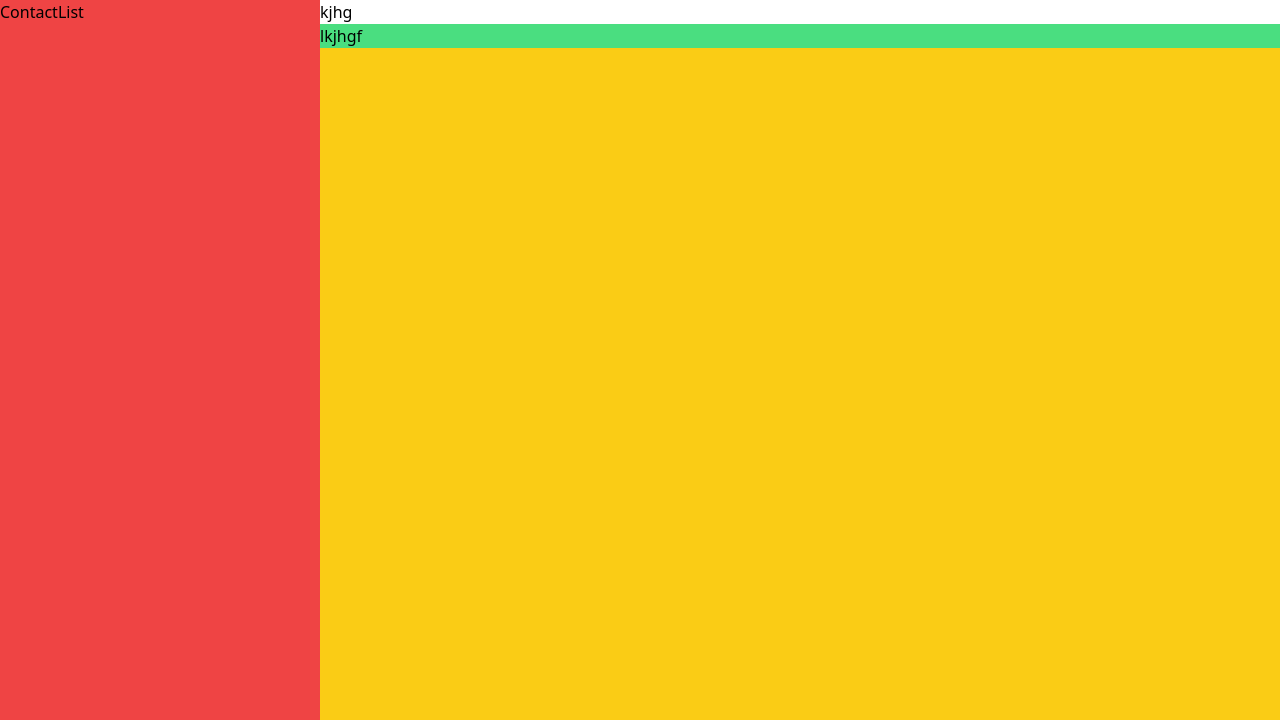
Repository: theanmol-raj/whatsapp
Page: /
These files come from the project's save history. The page is drawn as it stood at one moment and after the next save; the edit follows.
The browser window is 1280 px wide. The pictures show the whole page.
The project was rebuilt for these pictures with package versions that can differ from the ones it lists, and the page was loaded fresh each time.

Above is the page before, as saved 2022-12-02 22:15:19.

### src/index.js
import React from 'react';
import ReactDOM from 'react-dom/client';
import './index.css';
import App from './App';






const root = ReactDOM.createRoot(document.getElementById('root'));

root.render(
  <App />
);

### src/App.js
import Homescreen from "./Screens/Homescreen";

function App() {

  return (
    <div className="h-screen w-screen bg-slate-900">
      <Homescreen />
      {/* LoginScreen */}
    </div>
  );
}

export default App;

### src/Screens/Homescreen.jsx
import React from 'react'
import ChatScreen from '../Components/ChatScreen'
import ContactList from '../Components/ContactList'

function Homescreen() {
  return (
    <div className=' w-full max-w-[95rem] grid grid-cols-4 h-screen bg-red-500 mx-auto'>
        {/* Contact List */}
            <ContactList />
        {/* Message Box */}
            <ChatScreen />

    </div>
  )
}

export default Homescreen

### src/Components/ChatScreen.jsx
import React from 'react'

function ChatScreen() {
  return (
    <div className=' bg-yellow-400 col-span-3 relative'>
        <div className=' w-full bg-white sticky top-0'>
                kjhg
        </div>
        <div className=' w-full sticky bottom-0 bg-green-400'>
                lkjhgf
        </div>
    </div>
  )
}

export default ChatScreen

### src/Components/ContactList.jsx
import React from 'react'

function ContactList() {
  return (
    <div>ContactList</div>
  )
}

export default ContactList

Loaded but not shown: public/index.html (common file); src/index.css (common file); tailwind.config.js (common file)

After the next save:
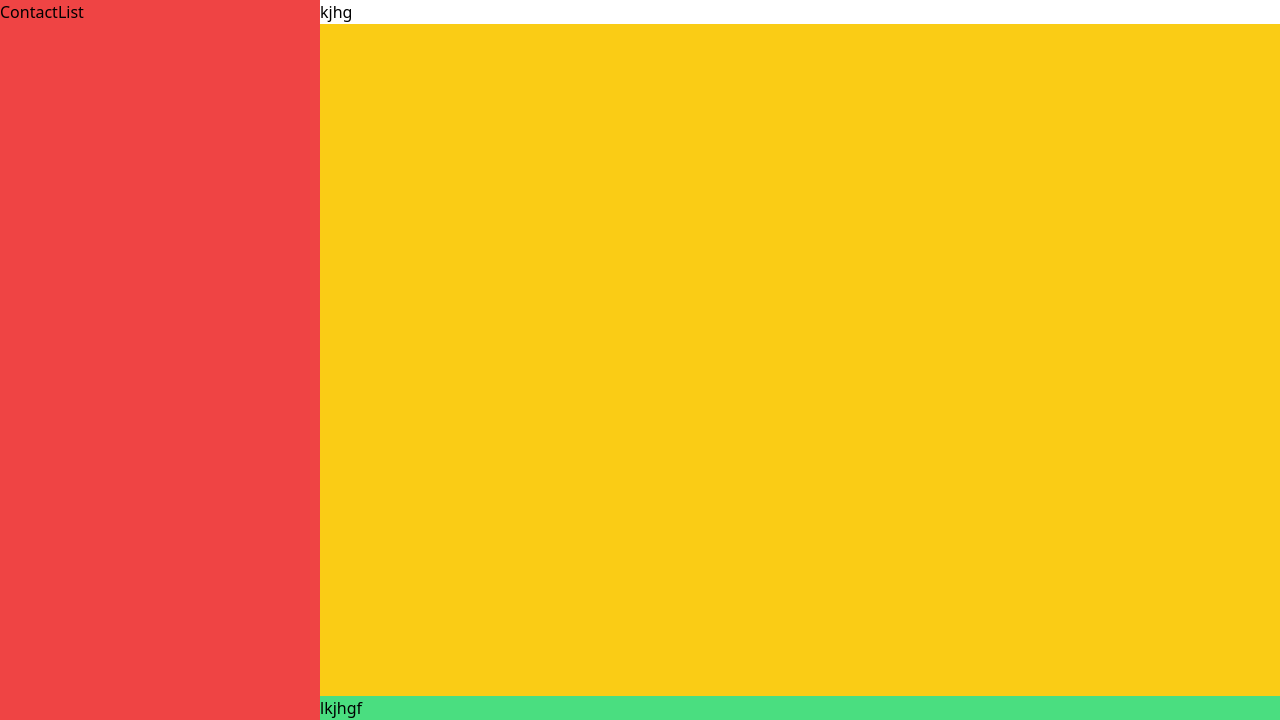
Saved 16 s later.
--- a/src/Components/ChatScreen.jsx
+++ b/src/Components/ChatScreen.jsx
@@ -6,7 +6,7 @@ function ChatScreen() {
         <div className=' w-full bg-white sticky top-0'>
                 kjhg
         </div>
-        <div className=' w-full sticky bottom-0 bg-green-400'>
+        <div className=' w-full absolute bottom-0 bg-green-400'>
                 lkjhgf
         </div>
     </div>
